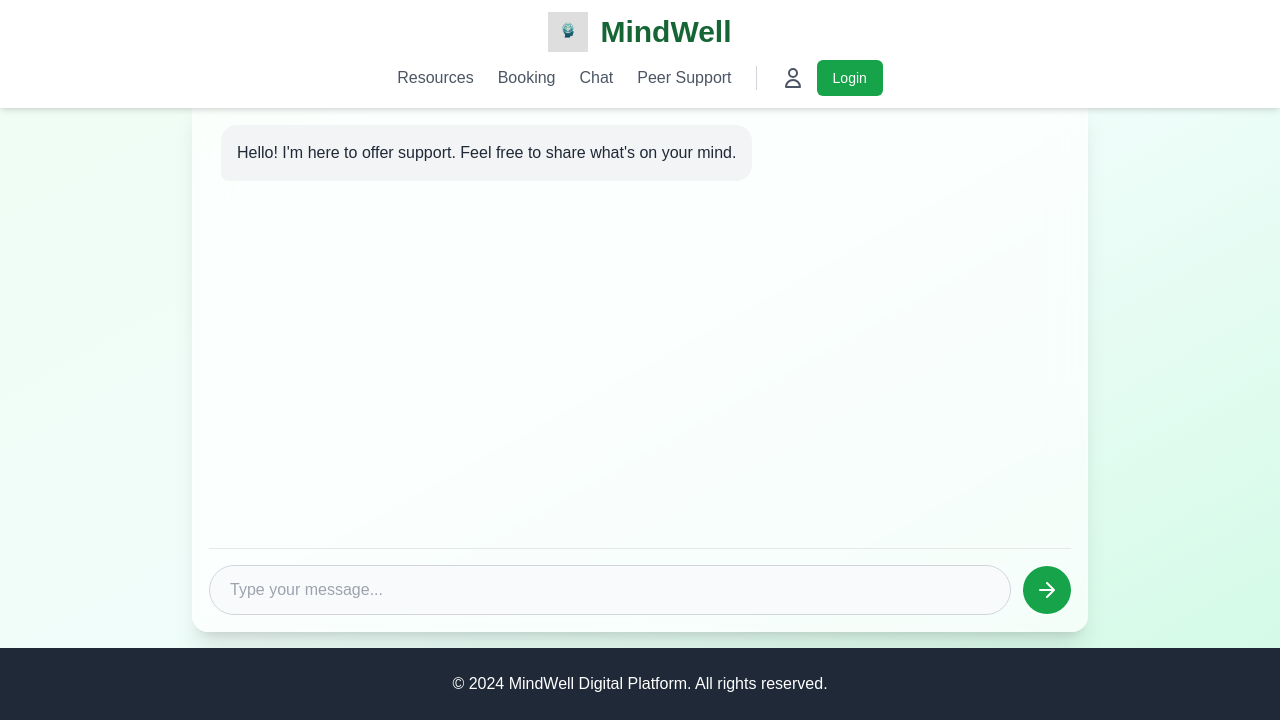
Repository: alokse24b01025/mentalhealth-project-sih-
Page: /chat (app in p1/)
An editor plug-in stored every save of this project. The page is shown before and after a run of saves, followed by the edit.
The browser window is 1280 px wide. The pictures show the whole page.
The project was rebuilt for these pictures with package versions that can differ from the ones it lists, and the page was loaded fresh each time. Also part of the build but not shown: p1/vite.config.js, p1/src/pages/HomePage.jsx, p1/src/components/ResourceCard.jsx, p1/src/data/mockResources.js, p1/src/pages/ResourcesPage.jsx, p1/src/components/CounselorCard.jsx, p1/src/data/mockCounselors.js, p1/src/pages/BookingPage.jsx and 4 more.

Above is the page before, as saved 2025-09-10 11:39:02.

After the next 2 saves:
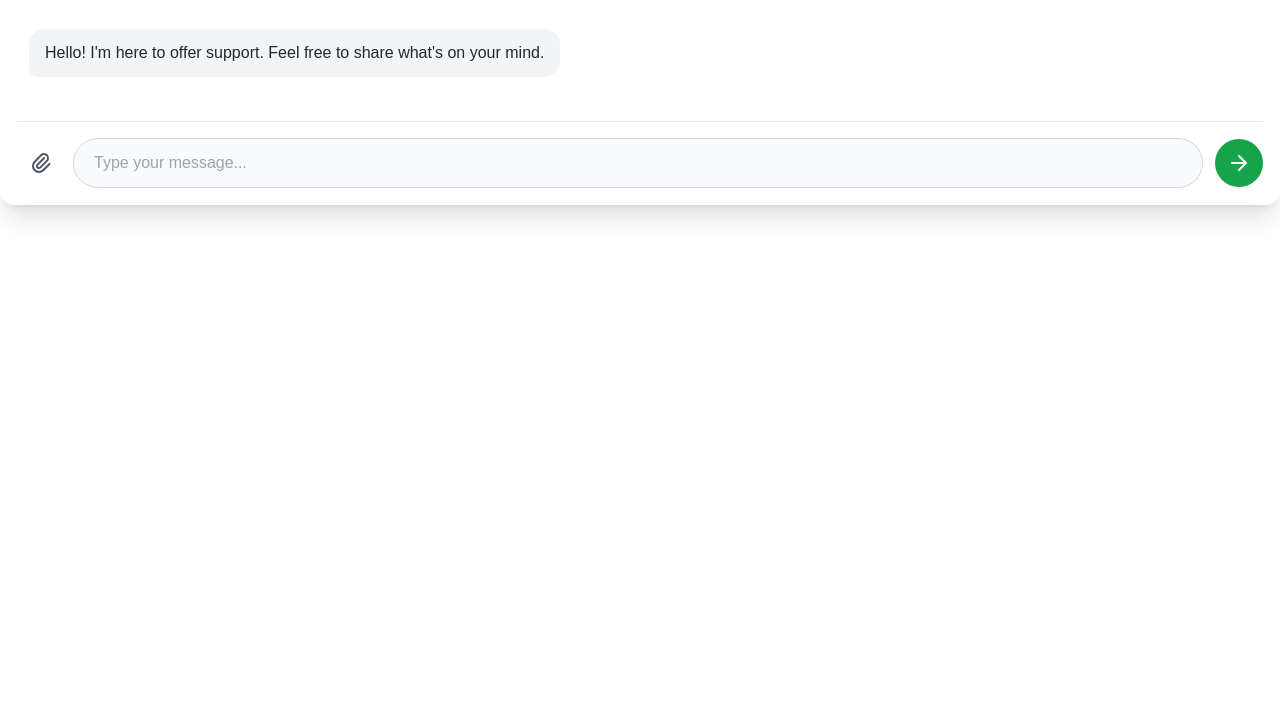
The 2 saves are shown as one change because 1 did not build or start.
The last was saved 14 min 30 s later.
--- a/p1/src/pages/ChatPage.jsx
+++ b/p1/src/pages/ChatPage.jsx
@@ -1,35 +1,113 @@
-import React from 'react';
-import Header from '../components/Header';
-import Footer from '../components/Footer';
-import Chatbot from '../components/Chatbot';
+import React, { useState, useRef, useEffect } from 'react';
 
-const ChatPage = () => {
+const Chatbot = () => {
+  const [messages, setMessages] = useState([
+    { type: 'text', content: "Hello! I'm here to offer support. Feel free to share what's on your mind.", sender: 'bot' }
+  ]);
+  const [input, setInput] = useState('');
+  const [isLoading, setIsLoading] = useState(false);
+  const messagesEndRef = useRef(null);
+  const fileInputRef = useRef(null); // Ref for the hidden file input
+
+  const scrollToBottom = () => {
+    messagesEndRef.current?.scrollIntoView({ behavior: "smooth" });
+  };
+
+  useEffect(scrollToBottom, [messages]);
+
+  // --- NEW: Handle file selection ---
+  const handleFileChange = (event) => {
+    const file = event.target.files[0];
+    if (!file) return;
+
+    // We use FileReader to display a preview on the frontend
+    const reader = new FileReader();
+    reader.onload = (e) => {
+      const fileMessage = {
+        type: file.type.startsWith('image/') ? 'image' : 'video',
+        content: e.target.result, // This is a base64 data URL
+        sender: 'user'
+      };
+      setMessages(prev => [...prev, fileMessage]);
+    };
+    reader.readAsDataURL(file);
+    // Note: In a real app, you would now upload the 'file' object to a backend server.
+  };
+
+  const handleSend = async () => {
+    if (input.trim() === '') return;
+
+    const userMessage = { type: 'text', content: input, sender: 'user' };
+    setMessages(prev => [...prev, userMessage]);
+    const currentInput = input;
+    setInput('');
+    setIsLoading(true);
+
+    try {
+      const response = await fetch('http://localhost:5000/api/chat', {
+        method: 'POST',
+        headers: { 'Content-Type': 'application/json' },
+        body: JSON.stringify({ message: currentInput }),
+      });
+
+      if (!response.ok) throw new Error(`HTTP error! status: ${response.status}`);
+
+      const data = await response.json();
+      const botMessage = { type: 'text', content: data.reply, sender: 'bot' };
+      setMessages(prev => [...prev, botMessage]);
+    } catch (error) {
+      console.error("Failed to fetch from AI:", error);
+      setMessages(prev => [...prev, { type: 'text', content: "Sorry, I'm having trouble connecting right now.", sender: 'bot' }]);
+    } finally {
+      setIsLoading(false);
+    }
+  };
+
   return (
-    // Make the entire screen a single flex column
-    <div className="h-screen flex flex-col bg-gradient-to-br from-green-50 via-teal-50 to-emerald-100">
-      <Header />
+    <div className="flex-1 flex flex-col bg-white/70 backdrop-blur-lg border border-white/20 shadow-xl rounded-2xl p-4 min-h-0">
 
-      {/* This main section will now take up the remaining space and center its content */}
-      <main className="flex-1 w-full flex flex-col justify-center items-center p-4 overflow-hidden">
+      <div className="flex-1 overflow-y-auto mb-4 p-3 space-y-4">
+        {messages.map((msg, index) => (
+          <div key={index} className={`flex items-end max-w-[85%] ${msg.sender === 'user' ? 'self-end ml-auto' : 'self-start'}`}>
+            <div className={`p-2 rounded-2xl ${
+              msg.sender === 'user'
+              ? 'bg-green-600 text-white rounded-br-lg'
+              : 'bg-gray-100 text-gray-800 rounded-bl-lg'
+            }`}>
+              {/* --- NEW: Conditional rendering for text, image, or video --- */}
+              {msg.type === 'text' && <p className="break-words px-2 py-1">{msg.content}</p>}
+              {msg.type === 'image' && <img src={msg.content} alt="User upload" className="rounded-xl max-w-xs" />}
+              {msg.type === 'video' && <video src={msg.content} controls className="rounded-xl max-w-xs" />}
+            </div>
+          </div>
+        ))}
+        {isLoading && (
+          <div className="flex items-end self-start"><div className="p-4 rounded-2xl bg-gray-100 text-gray-800 rounded-bl-lg"><p className="animate-pulse">AI is thinking...</p></div></div>
+        )}
+        <div ref={messagesEndRef} />
+      </div>
 
-        {/* The container for all chat-related UI */}
-        <div className="w-full max-w-4xl flex-1 flex flex-col min-h-0">
+      <div className="flex items-center border-t border-gray-200 pt-4">
+        {/* --- NEW: Attachment Button --- */}
+        <input type="file" ref={fileInputRef} onChange={handleFileChange} className="hidden" accept="image/*,video/*" />
+        <button
+          onClick={() => fileInputRef.current.click()}
+          className="rounded-full p-3 mr-2 transition-colors text-gray-600 hover:bg-gray-200"
+          aria-label="Attach file"
+        >
+          <svg xmlns="http://www.w3.org/2000/svg" className="h-6 w-6" fill="none" viewBox="0 0 24 24" stroke="currentColor"><path strokeLinecap="round" strokeLinejoin="round" strokeWidth={2} d="M15.172 7l-6.586 6.586a2 2 0 102.828 2.828l6.414-6.586a4 4 0 00-5.656-5.656l-6.415 6.585a6 6 0 108.486 8.486L20.5 13" /></svg>
+        </button>
 
-          {/* Title Section (will always be visible) */}
-          <div className="text-center mb-4">
-            <h2 className="text-3xl font-bold text-green-900">AI-Guided First-Aid Support</h2>
-            <p className="mt-1 text-gray-600">Your confidential space to talk. Type a message to begin.</p>
-          </div>
+        <input type="text" value={input} onChange={(e) => setInput(e.target.value)} onKeyPress={(e) => e.key === 'Enter' && !isLoading && handleSend()}
+          className="flex-1 rounded-full px-5 py-3 border border-gray-300 focus:outline-none focus:ring-2 focus:ring-green-500 bg-gray-50"
+          placeholder="Type your message..." disabled={isLoading} />
 
-          {/* Chatbot component (will now fill the remaining space correctly) */}
-          <Chatbot />
-
-        </div>
-      </main>
-
-      <Footer />
+        <button onClick={handleSend} disabled={isLoading} className={`rounded-full p-3 ml-3 transition-colors ${isLoading ? 'bg-gray-300 cursor-not-allowed' : 'bg-green-600 text-white hover:bg-green-700'}`} aria-label="Send message">
+          <svg xmlns="http://www.w3.org/2000/svg" className="h-6 w-6" fill="none" viewBox="0 0 24 24" stroke="currentColor"><path strokeLinecap="round" strokeLinejoin="round" strokeWidth={2} d="M5 12h14M12 5l7 7-7 7" /></svg>
+        </button>
+      </div>
     </div>
   );
 };
 
-export default ChatPage;
+export default Chatbot;

After the save that followed:
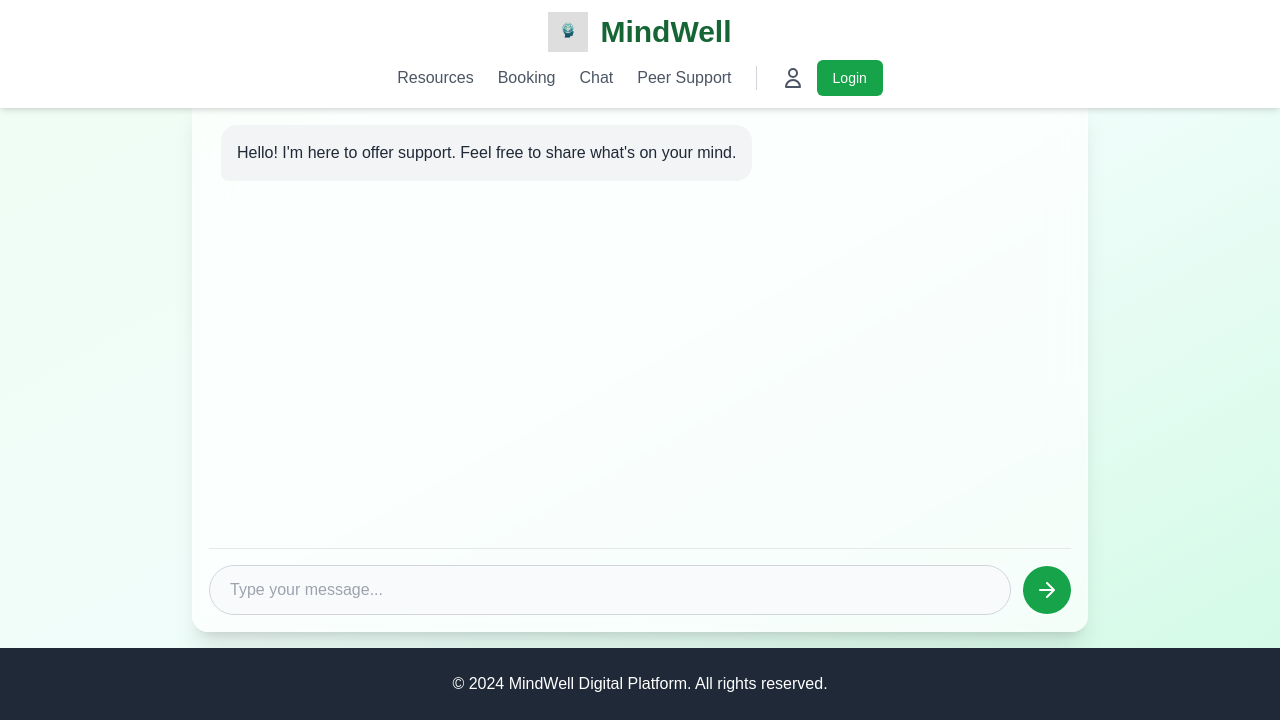
Saved 4 min 21 s later.
--- a/p1/src/pages/ChatPage.jsx
+++ b/p1/src/pages/ChatPage.jsx
@@ -1,113 +1,35 @@
-import React, { useState, useRef, useEffect } from 'react';
+import React from 'react';
+import Header from '../components/Header';
+import Footer from '../components/Footer';
+import Chatbot from '../components/Chatbot';
 
-const Chatbot = () => {
-  const [messages, setMessages] = useState([
-    { type: 'text', content: "Hello! I'm here to offer support. Feel free to share what's on your mind.", sender: 'bot' }
-  ]);
-  const [input, setInput] = useState('');
-  const [isLoading, setIsLoading] = useState(false);
-  const messagesEndRef = useRef(null);
-  const fileInputRef = useRef(null); // Ref for the hidden file input
+const ChatPage = () => {
+  return (
+    // This creates a full-height, vertical layout for the entire page
+    <div className="h-screen flex flex-col bg-gradient-to-br from-green-50 via-teal-50 to-emerald-100">
+      <Header />
 
-  const scrollToBottom = () => {
-    messagesEndRef.current?.scrollIntoView({ behavior: "smooth" });
-  };
+      {/* This main section takes up all remaining space and centers its content */}
+      <main className="flex-1 w-full flex flex-col justify-center items-center p-4 overflow-hidden">
 
-  useEffect(scrollToBottom, [messages]);
+        {/* This container holds all chat UI and fills the main area without overflowing */}
+        <div className="w-full max-w-4xl flex-1 flex flex-col min-h-0">
 
-  // --- NEW: Handle file selection ---
-  const handleFileChange = (event) => {
-    const file = event.target.files[0];
-    if (!file) return;
+          {/* The title is now guaranteed to be visible */}
+          <div className="text-center mb-4">
+            <h2 className="text-3xl font-bold text-green-900">AI-Guided First-Aid Support</h2>
+            <p className="mt-1 text-gray-600">Your confidential space to talk. Type a message to begin.</p>
+          </div>
 
-    // We use FileReader to display a preview on the frontend
-    const reader = new FileReader();
-    reader.onload = (e) => {
-      const fileMessage = {
-        type: file.type.startsWith('image/') ? 'image' : 'video',
-        content: e.target.result, // This is a base64 data URL
-        sender: 'user'
-      };
-      setMessages(prev => [...prev, fileMessage]);
-    };
-    reader.readAsDataURL(file);
-    // Note: In a real app, you would now upload the 'file' object to a backend server.
-  };
+          {/* The Chatbot component will fill the remaining space below the title */}
+          <Chatbot />
 
-  const handleSend = async () => {
-    if (input.trim() === '') return;
+        </div>
+      </main>
 
-    const userMessage = { type: 'text', content: input, sender: 'user' };
-    setMessages(prev => [...prev, userMessage]);
-    const currentInput = input;
-    setInput('');
-    setIsLoading(true);
-
-    try {
-      const response = await fetch('http://localhost:5000/api/chat', {
-        method: 'POST',
-        headers: { 'Content-Type': 'application/json' },
-        body: JSON.stringify({ message: currentInput }),
-      });
-
-      if (!response.ok) throw new Error(`HTTP error! status: ${response.status}`);
-
-      const data = await response.json();
-      const botMessage = { type: 'text', content: data.reply, sender: 'bot' };
-      setMessages(prev => [...prev, botMessage]);
-    } catch (error) {
-      console.error("Failed to fetch from AI:", error);
-      setMessages(prev => [...prev, { type: 'text', content: "Sorry, I'm having trouble connecting right now.", sender: 'bot' }]);
-    } finally {
-      setIsLoading(false);
-    }
-  };
-
-  return (
-    <div className="flex-1 flex flex-col bg-white/70 backdrop-blur-lg border border-white/20 shadow-xl rounded-2xl p-4 min-h-0">
-
-      <div className="flex-1 overflow-y-auto mb-4 p-3 space-y-4">
-        {messages.map((msg, index) => (
-          <div key={index} className={`flex items-end max-w-[85%] ${msg.sender === 'user' ? 'self-end ml-auto' : 'self-start'}`}>
-            <div className={`p-2 rounded-2xl ${
-              msg.sender === 'user'
-              ? 'bg-green-600 text-white rounded-br-lg'
-              : 'bg-gray-100 text-gray-800 rounded-bl-lg'
-            }`}>
-              {/* --- NEW: Conditional rendering for text, image, or video --- */}
-              {msg.type === 'text' && <p className="break-words px-2 py-1">{msg.content}</p>}
-              {msg.type === 'image' && <img src={msg.content} alt="User upload" className="rounded-xl max-w-xs" />}
-              {msg.type === 'video' && <video src={msg.content} controls className="rounded-xl max-w-xs" />}
-            </div>
-          </div>
-        ))}
-        {isLoading && (
-          <div className="flex items-end self-start"><div className="p-4 rounded-2xl bg-gray-100 text-gray-800 rounded-bl-lg"><p className="animate-pulse">AI is thinking...</p></div></div>
-        )}
-        <div ref={messagesEndRef} />
-      </div>
-
-      <div className="flex items-center border-t border-gray-200 pt-4">
-        {/* --- NEW: Attachment Button --- */}
-        <input type="file" ref={fileInputRef} onChange={handleFileChange} className="hidden" accept="image/*,video/*" />
-        <button
-          onClick={() => fileInputRef.current.click()}
-          className="rounded-full p-3 mr-2 transition-colors text-gray-600 hover:bg-gray-200"
-          aria-label="Attach file"
-        >
-          <svg xmlns="http://www.w3.org/2000/svg" className="h-6 w-6" fill="none" viewBox="0 0 24 24" stroke="currentColor"><path strokeLinecap="round" strokeLinejoin="round" strokeWidth={2} d="M15.172 7l-6.586 6.586a2 2 0 102.828 2.828l6.414-6.586a4 4 0 00-5.656-5.656l-6.415 6.585a6 6 0 108.486 8.486L20.5 13" /></svg>
-        </button>
-
-        <input type="text" value={input} onChange={(e) => setInput(e.target.value)} onKeyPress={(e) => e.key === 'Enter' && !isLoading && handleSend()}
-          className="flex-1 rounded-full px-5 py-3 border border-gray-300 focus:outline-none focus:ring-2 focus:ring-green-500 bg-gray-50"
-          placeholder="Type your message..." disabled={isLoading} />
-
-        <button onClick={handleSend} disabled={isLoading} className={`rounded-full p-3 ml-3 transition-colors ${isLoading ? 'bg-gray-300 cursor-not-allowed' : 'bg-green-600 text-white hover:bg-green-700'}`} aria-label="Send message">
-          <svg xmlns="http://www.w3.org/2000/svg" className="h-6 w-6" fill="none" viewBox="0 0 24 24" stroke="currentColor"><path strokeLinecap="round" strokeLinejoin="round" strokeWidth={2} d="M5 12h14M12 5l7 7-7 7" /></svg>
-        </button>
-      </div>
+      <Footer />
     </div>
   );
 };
 
-export default Chatbot;
+export default ChatPage;
